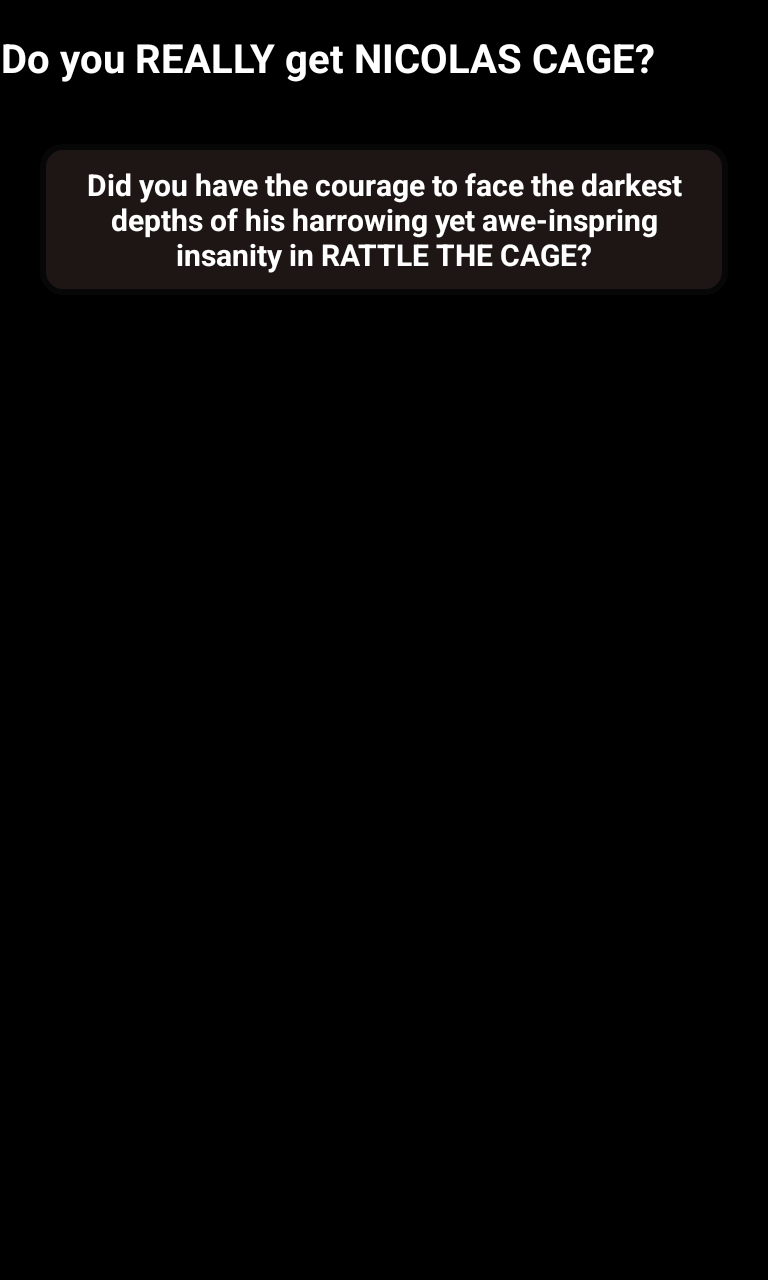
Repository: kylenicola/NicCageMobileApp
Layout: NicolasCageApp/res/layout/activity_score_menu.xml
The author's editor kept a copy of each file at every save. The layout is drawn from the files as they stood at one save, then again after the next save.
It is drawn on a 768 x 1280 px phone screen (xhdpi) without system bars, with theme AppTheme; the app's code is not run.

Above is the layout before, as saved 2014-12-04 02:35:28.

### NicolasCageApp/res/layout/activity_score_menu.xml
<?xml version="1.0" encoding="utf-8"?>

<LinearLayout xmlns:android="http://schemas.android.com/apk/res/android"
	android:layout_width="match_parent"
	android:layout_height="match_parent"
	android:background="@android:color/background_dark"
	android:orientation="vertical" >

	 <TextView
	     android:id="@+id/scoreMenuTitle"
	     android:layout_width="wrap_content"
	     android:layout_height="wrap_content"
	     android:gravity="center"
	     android:layout_marginTop="15dp"
	     android:text="@string/score_menu_title"
	     android:textSize="20sp"
	     android:textStyle="bold"
	     android:textColor="@android:color/white" />

	 <Button
		android:id="@+id/button_scoreRattleTheCage"
	    android:layout_width="wrap_content"
	    android:layout_height="wrap_content"
	    android:layout_gravity="center"
	    android:layout_marginTop="30dp"
	    android:layout_marginLeft="20dp"
	    android:layout_marginRight="20dp"
	    android:background="@drawable/score_menu_button_style"
	    android:text="@string/rattle_the_cage_score_description"
	    android:textColor="@android:color/white"
	    android:textStyle="bold"
	    android:textSize="15sp"
	    android:radius="10dp"
	    android:OnClick="onClickRattleTheCageScore" />




</LinearLayout>

### NicolasCageApp/res/values/strings.xml
<?xml version="1.0" encoding="utf-8"?>
<resources>

    <string name="app_name">NicolasCageApp</string>
    <string name="hello_world">Hello world!</string>
    <string name="action_settings">Settings</string>
    <string name="title_activity_abcs_with_nic">AbcsWithNic</string>
    <string name="takeQuiz">TAKE THE QUIZ</string>
    <string name="title_activity_settings">Settings</string>
    <string name="slow_down_ABCs">Slow down A, B, C game</string>
    <string name="noSlowDown">NICOLAS CAGE SLOWS DOWN FOR NO MAN</string>
    <string name="score_title">Scores</string>
    <string name="rattle_the_cage_title">Rattle The Cage</string>
    <string name="rattle_the_cage_label">Total Score: </string>
    <string name="title_activity_score_menu">ScoreMenu</string>
    <string name="score_menu_title">Do you REALLY get NICOLAS CAGE?</string>
    <string name="rattle_the_cage_score_description">Did you have the courage to face the darkest depths of his harrowing yet awe-inspring insanity in RATTLE THE CAGE?</string>
    <string name="title_activity_rattle_the_cage_score">RattleTheCageScore</string>

</resources>

### NicolasCageApp/res/drawable/score_menu_button_style.xml
<?xml version="1.0" encoding="utf-8"?>
<shape
    xmlns:android="http://schemas.android.com/apk/res/android"
    android:shape="rectangle">

    <!-- view background color -->
    <solid
        android:color="#1e1615" >
    </solid>

    <!-- view border color and width -->
    <stroke
        android:width="3dp"
        android:color="#070707" >
    </stroke>

    <!-- If you want to add some padding -->
    <padding
        android:left="10dp"
        android:top="10dp"
        android:right="10dp"
        android:bottom="10dp"    >
    </padding>

    <!-- Here is the corner radius -->
    <corners
        android:radius="10dp"   >
    </corners>

</shape>

Loaded but not shown: NicolasCageApp/res/values/styles.xml (common file); NicolasCageApp/res/values-v11/styles.xml (common file); NicolasCageApp/res/values-v14/styles.xml (common file)

After the next save:
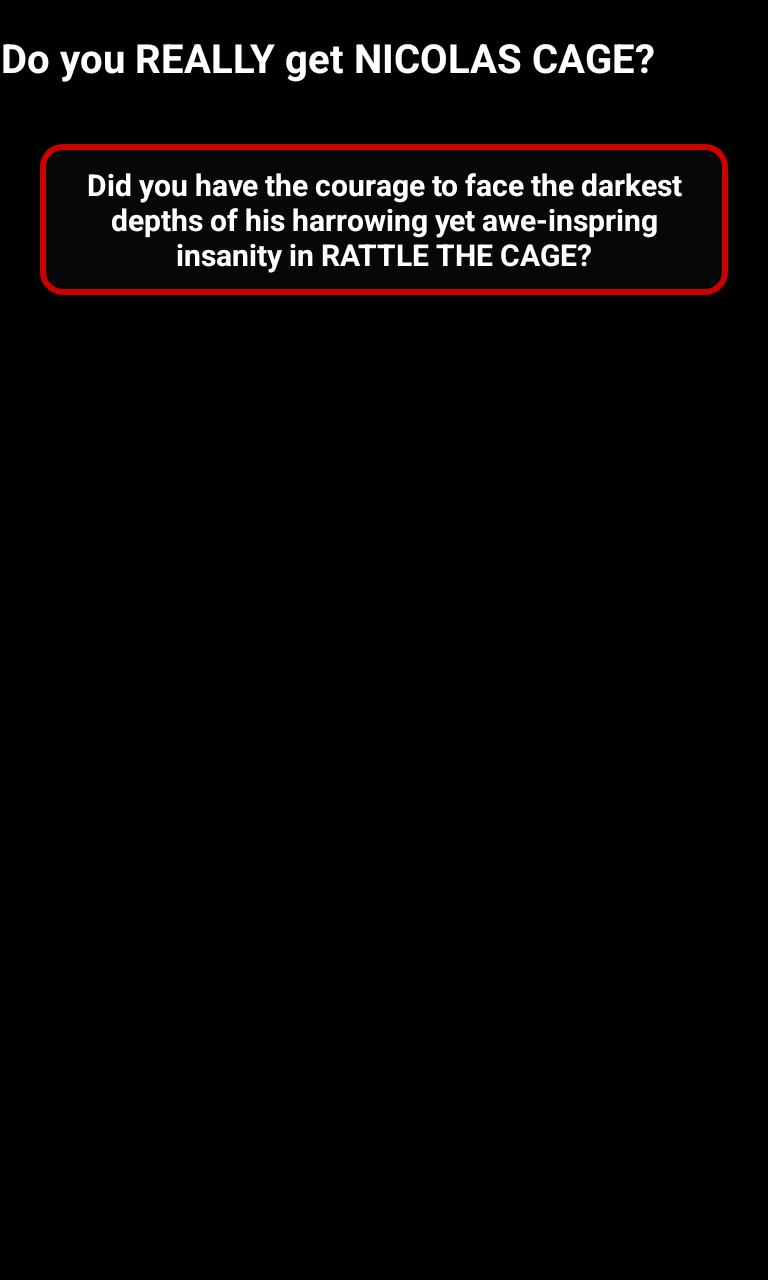
Saved 18 s later.
--- a/NicolasCageApp/res/drawable/score_menu_button_style.xml
+++ b/NicolasCageApp/res/drawable/score_menu_button_style.xml
@@ -5,13 +5,13 @@
 
     <!-- view background color -->
     <solid
-        android:color="#1e1615" >
+        android:color="#070707" >
     </solid>
 
     <!-- view border color and width -->
     <stroke
         android:width="3dp"
-        android:color="#070707" >
+        android:color="#cd0000" >
     </stroke>
 
     <!-- If you want to add some padding -->
